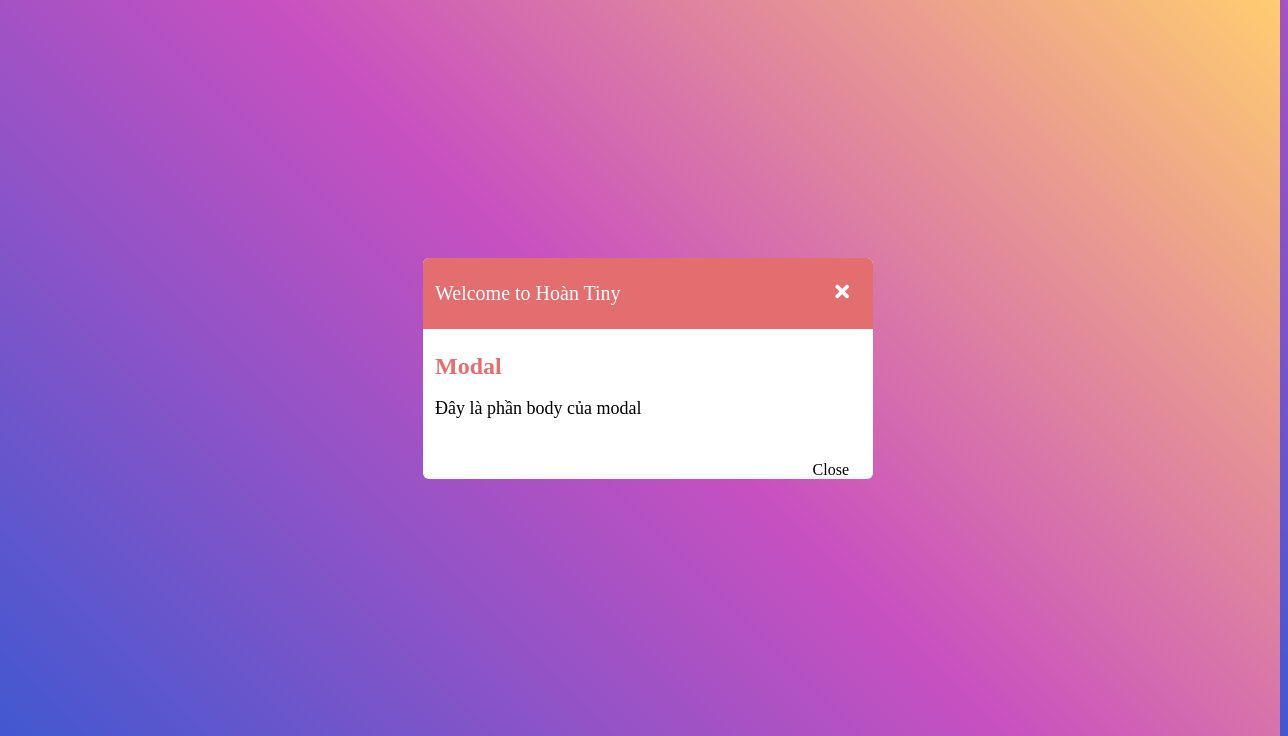
Repository: HoanTiny/30projects-30day
Page: Day 3/index.html
These files come from the project's save history. The page is drawn as it stood at one moment and after the next save; the edit follows.
The browser window is 1280 px wide. The page is 1288 px wide, so the pictures cover 1288 px, including what lies to the right of the window. The pictures show the whole page.
Some web libraries are served in a nearby version.

Above is the page before, as saved 2021-12-01 16:09:32.

After the next save:
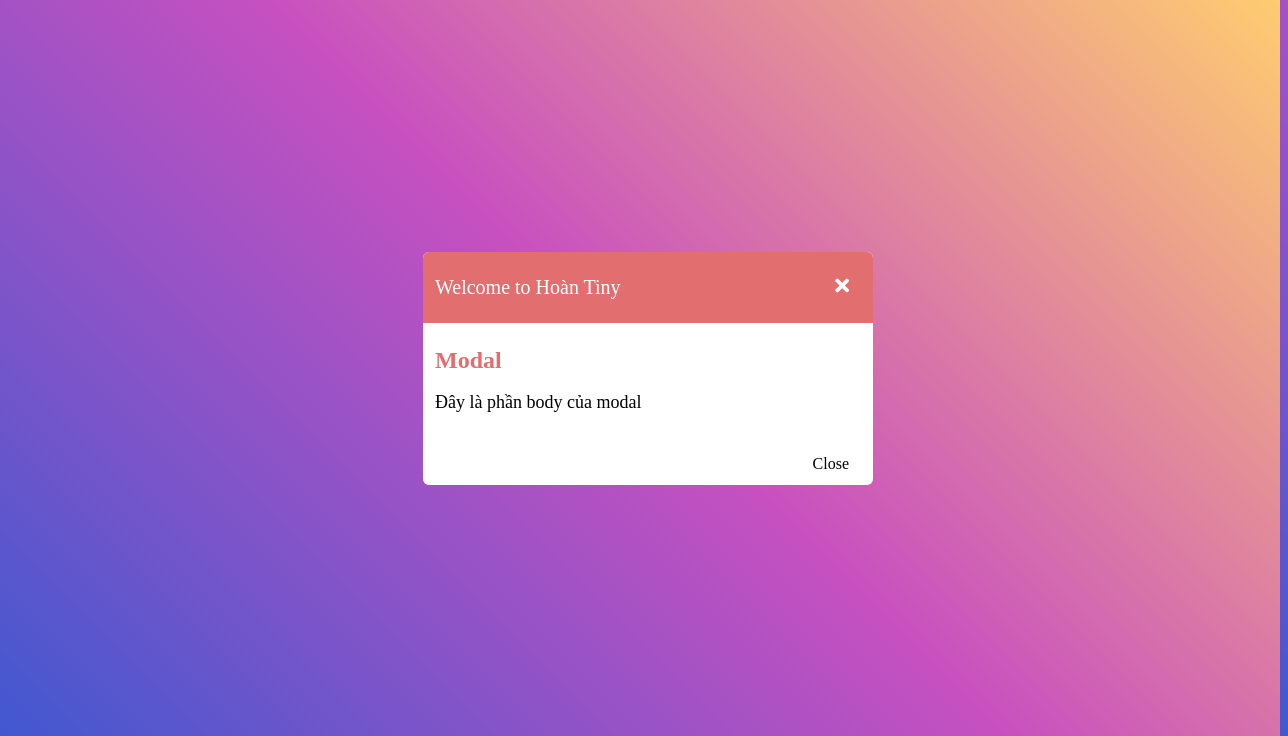
Saved 6 s later.
--- a/Day 3/styles.css
+++ b/Day 3/styles.css
@@ -55,4 +55,5 @@ body {
 .btn-close {
     text-align: right;
     margin-right: 24px;
+    margin-bottom: 12px;
 }
